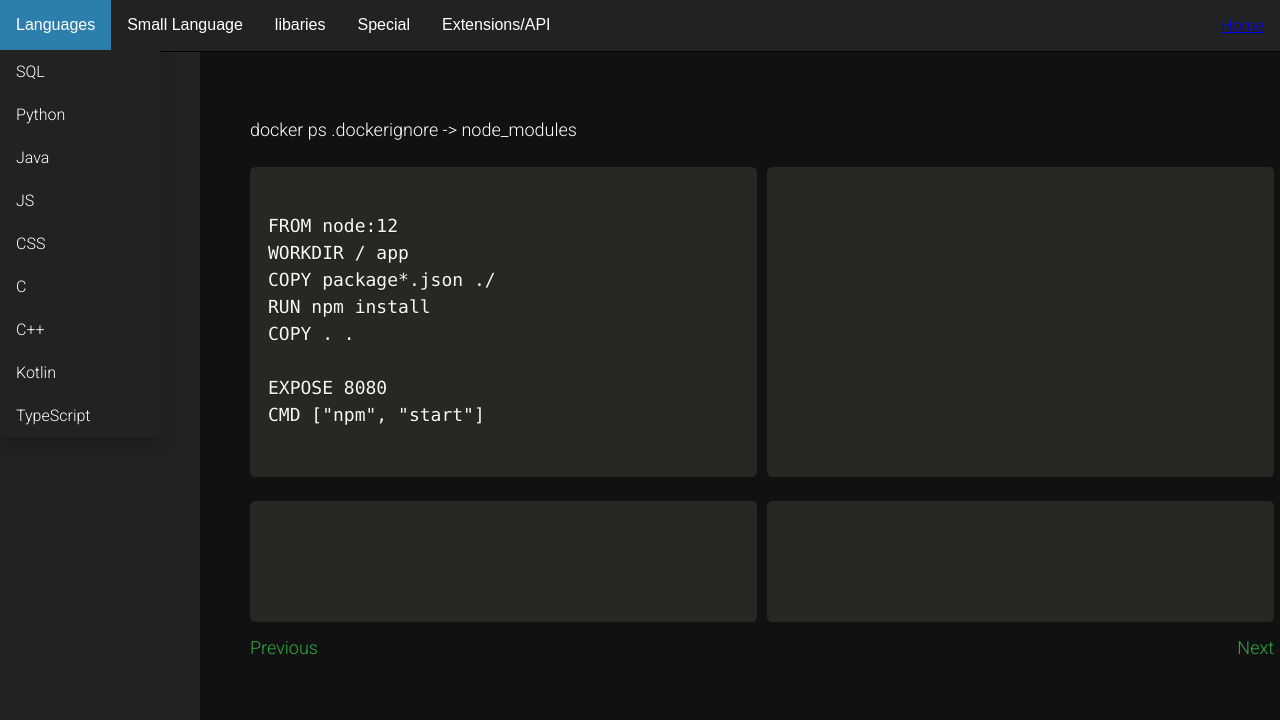
Repository: Max-Rohrhirsch/Max-Rohrhirsch.github.io
Page: documentation/extension/docker.html
These files come from the project's save history. The page is drawn as it stood at one moment and after the next save; the edit follows.
The browser window is 1280 px wide. The pictures show the whole page.

Above is the page before, as saved 2023-10-23 18:51:55.

After the next save:
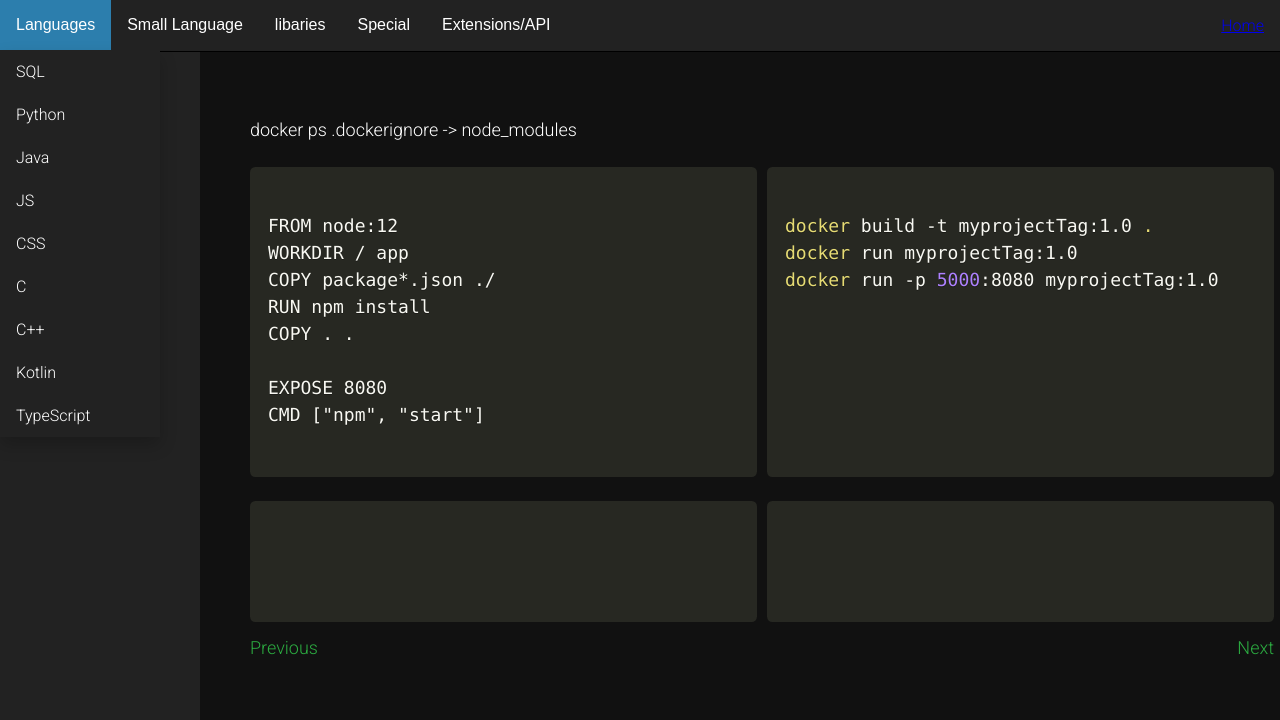
Saved 23 s later.
--- a/documentation/extension/docker.html
+++ b/documentation/extension/docker.html
@@ -27,8 +27,10 @@ CMD ["npm", "start"]
     </code>
 </pre>
 <pre>
-    <code class="language-docker">
-
+    <code class="language-bash">
+docker build -t myprojectTag:1.0 .
+docker run myprojectTag:1.0
+docker run -p 5000:8080 myprojectTag:1.0
     </code>
 </pre>
 <pre>
